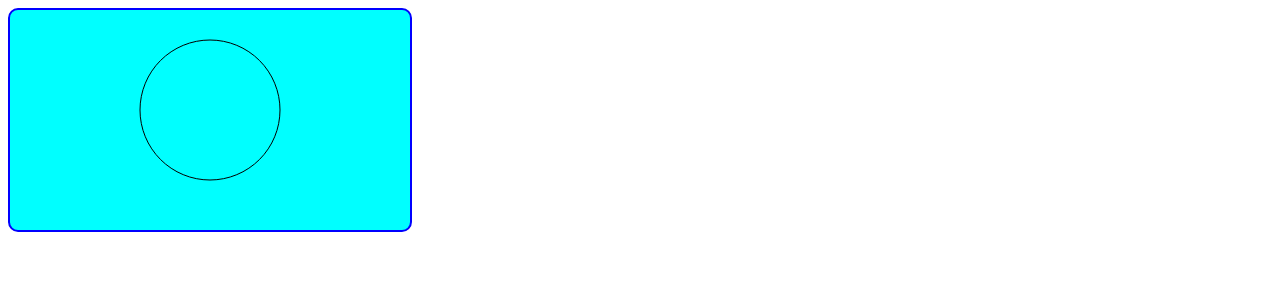
Repository: Tan-Khang21/TH_TKW--Buoi_05
Page: Bai_Tap_Ve_Nha/Bai_01/canvas10.html
An editor plug-in stored every save of this project. The page is shown before and after the next save, followed by the edit.
The browser window is 1280 px wide. The pictures show the whole page.

Above is the page before, as saved 2024-03-10 21:30:07.

After the next save:
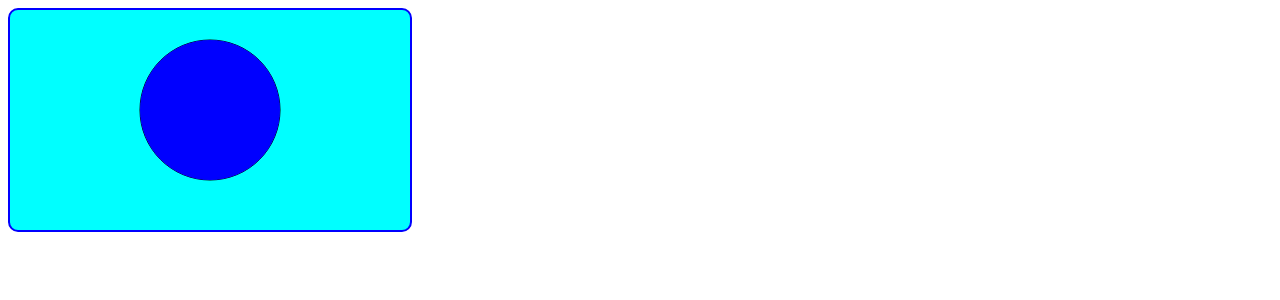
Saved 18 s later.
--- a/Bai_Tap_Ve_Nha/Bai_01/canvas10.html
+++ b/Bai_Tap_Ve_Nha/Bai_01/canvas10.html
@@ -23,7 +23,7 @@
       ctx.arc(200, 100, 70, 0, 2 * Math.PI);
       ctx.stroke();
       ctx.fillStyle = "blue";
-      ctx.fill;
+      ctx.fill();
     </script>
   </body>
 </html>
